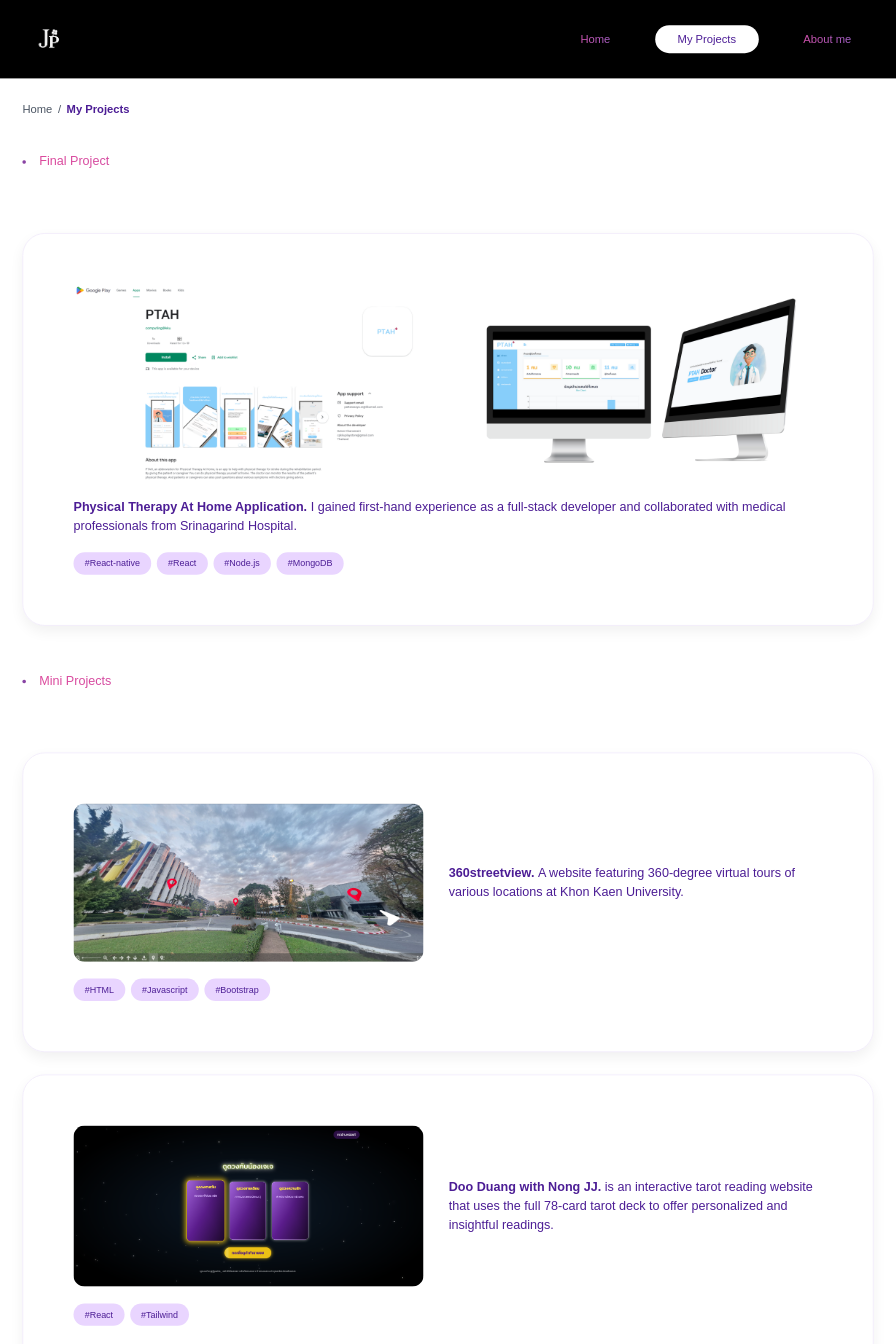
Repository: PattarasayaJJ/Portfolio-jjpatts
Page: /works
An editor plug-in stored every save of this project. The page is shown before and after the next save, followed by the edit.
The browser window is 1280 px wide. The pictures show the part of the page from y = 0 to 1920 px (the page is 4365 px tall before and 3620 px after), at 70% of full size.
The project was rebuilt for these pictures with package versions that can differ from the ones it lists, and the page was loaded fresh each time. Also part of the build but not shown: vite.config.js, vite.config.ts, src/header.css, src/components/Hero.jsx, src/components/Aboutme.tsx.

Above is the page before, as saved 2025-08-01 00:11:46.

### index.html
<!doctype html>
<html lang="en">
  <head>
    <meta charset="UTF-8" />
    <link rel="icon" type="image/svg+xml" href="/JPtab.png" />
    <meta name="viewport" content="width=device-width, initial-scale=1.0" />
    <title>JJPatts Portfolio</title>
  </head>
  <body>
    <div id="root"></div>
    <script type="module" src="/src/index.jsx"></script>
  </body>
</html>

### src/index.css
@import 'tailwindcss/base';
@import 'tailwindcss/components';
@import 'tailwindcss/utilities';
@import url('https://fonts.googleapis.com/css2?family=Kanit:wght@400;700&display=swap');

*{
   font-family: 'Kanit', sans-serif;

}

### src/App.jsx
import React from 'react';
import { BrowserRouter as Router, Routes, Route } from 'react-router-dom';
import { Header } from './components/Header';
import { Hero } from './components/Hero';
import { Works } from './components/Works';
import { Aboutme } from './components/Aboutme' ;
import { Footer } from './components/Footer';
export function App() {
  return (
    <Router>
      <div className="w-full min-h-screen bg-white">
        <Header />
        <main className="w-full">
          <Routes>
            <Route path="/" element={<><Hero /> </>} />
            <Route path="/works" element={<><Works /></>}/>
            <Route path="/aboutme" element={<Aboutme />} />


          </Routes>
        </main>
        <Footer />

      </div>
    </Router>
  );
}

### src/components/Header.jsx
import React, { useState } from 'react';
import { Link, useLocation } from 'react-router-dom';
import { MenuIcon, XIcon } from 'lucide-react';
import '../header.css';

export function Header() {
  const [isMenuOpen, setIsMenuOpen] = useState(false);
  const location = useLocation();

  const isActive = (path) => location.pathname === path;

  return (
    <header className="w-full bg-black py-4 px-8 relative">
      <div className="max-w-7xl mx-auto flex justify-between items-center">
        <Link to="/">
          <div className="flex items-center">
            <img src="/JP.png" alt="logo" className="w-20" />
          </div>
        </Link>

        <nav className="hidden md:flex space-x-8">
          <Link
            to="/"
            className={`font-medium px-8 py-2 rounded-full ${
              isActive('/') ? 'bg-white text-purple-600' : 'gradient-text'
            }`}
            style={isActive('/') ? { color: '#4c1d95' } : {}}
          >
            Home
          </Link>
          <Link
            to="/works"
            className={`font-medium px-8 py-2 rounded-full ${
              isActive('/works') ? 'bg-white text-purple-600' : 'gradient-text'
            }`}
            style={isActive('/works') ? { color: '#4c1d95' } : {}}
          >
            My Projects
          </Link>
          <Link
            to="/aboutme"
            className={`font-medium px-8 py-2 rounded-full ${
              isActive('/aboutme') ? 'bg-white text-purple-600' : 'gradient-text'
            }`}
            style={isActive('/aboutme') ? { color: '#4c1d95' } : {}}
          >
            About me
          </Link>
        </nav>

        <button className="md:hidden text-white" onClick={() => setIsMenuOpen(!isMenuOpen)}>
          {isMenuOpen ? <XIcon size={24} /> : <MenuIcon size={24} />}
        </button>
      </div>

      <div
        className={`
          fixed top-0 right-0 w-64 h-full bg-black z-50 transform transition-transform duration-300 ease-in-out
          ${isMenuOpen ? 'translate-x-0' : 'translate-x-full'}
          md:hidden
        `}
      >
        <div className="p-6">
          <button className="text-white mb-8" onClick={() => setIsMenuOpen(false)}>
            <XIcon size={24} />
          </button>
          <nav className="flex flex-col space-y-6">
            <Link
              to="/"
              className={`font-medium px-6 py-2 rounded-full block text-center ${
                isActive('/') ? 'bg-white text-purple-600' : 'gradient-text'
              }`}
              style={isActive('/') ? { color: '#4c1d95' } : {}}
              onClick={() => setIsMenuOpen(false)}
            >
              Home
            </Link>
            <Link
              to="/works"
              className={`font-medium px-6 py-2 rounded-full block text-center ${
                isActive('/works') ? 'bg-white text-purple-600' : 'gradient-text'
              }`}
              style={isActive('/works') ? { color: '#4c1d95' } : {}}
              onClick={() => setIsMenuOpen(false)}
            >
              My Projects
            </Link>
            <Link
              to="/aboutme"
              className={`font-medium px-6 py-2 rounded-full block text-center ${
                isActive('/aboutme') ? 'bg-white text-purple-600' : 'gradient-text'
              }`}
              style={isActive('/aboutme') ? { color: '#4c1d95' } : {}}
              onClick={() => setIsMenuOpen(false)}
            >
              About me
            </Link>
          </nav>
        </div>
      </div>

      {isMenuOpen && (
        <div
          className="fixed inset-0 bg-black bg-opacity-50 z-40 md:hidden"
          onClick={() => setIsMenuOpen(false)}
        />
      )}
    </header>
  );
}

### src/components/Footer.jsx
import React from 'react';

export function Footer() {
  return (
    <footer className="w-full bg-black text-white py-8 px-8">
  <div className="max-w-7xl mx-auto flex flex-col md:flex-row justify-between items-center space-y-6 md:space-y-0">

        <div className="text-center md:text-left gradient-text ">
          <h2 className="text-lg font-semibold">Contact Me</h2>
          <p className="text-sm mt-2">Email: jj.pattarasaya@gmail.com</p>
          <p className="text-sm">Phone: 099-209-5588</p>
          <p className="text-sm">Khon Kaen 40000, Thailand</p>

        </div>

        <div className="flex space-x-4 ">
        <a href="https://github.com/PattarasayaJJ" target="_blank" rel="noopener noreferrer">
        <img src="https://github.githubassets.com/favicons/favicon.png" alt="GitHub" />

  </a>

        </div>
      </div>

      <div className="text-center text-xs text-gray-400 mt-6 ">
        © {new Date().getFullYear()} JJPatts. All rights reserved.
      </div>
    </footer>
  );
}

### src/hero.css

.hero-section {
  max-width: 80rem;
    margin: 0 auto;
    padding: 2rem;
}

.hero-container {
  max-width: 80rem;
  margin: 0 auto;
  display: flex;
  flex-direction: column;
  gap: 2rem;
  justify-content: space-between;
  align-items: center;
}

.hero-image-wrapper {
  position: relative;
  z-index: 10;
  overflow: visible;
}


@keyframes gradientShift {
  0% {
    background: radial-gradient(
      circle at center,
      rgba(244, 114, 182, 0.5),
      rgba(216, 180, 255, 0.3),
      transparent 70%
    );
  }
  50% {
    background: radial-gradient(
      circle at center,
      rgba(129, 140, 248, 0.5),
      rgba(216, 180, 255, 0.4),
      transparent 70%
    );
  }
  100% {
    background: radial-gradient(
      circle at center,
      rgba(244, 114, 182, 0.5),
      rgba(216, 180, 255, 0.3),
      transparent 70%
    );
  }
}


.hero-image-wrapper::before {
  content: "";
  position: absolute;
  top: 50%;
  left: 50%;
  width: 150%;
  height: 150%;
  transform: translate(-50%, -50%);
  filter: blur(80px);
  z-index: 5;
  pointer-events: none;
  animation: gradientShift 5s ease-in-out infinite;
}



.hero-left {
  position: relative;
  width: 100%;
}

@media (min-width: 768px) {
  .interest{
    list-style: none;
    color: #4c1d95;
    font-size: 1.125rem;


  }

  li{
    list-style: disc;
    color: #4d1d95a2;
    line-height: 1.8rem;
    font-size: 1.125rem;


  }
  .hero-container {
    flex-direction: row;
  }
  .hero-left {
    width: 50%;
  }
  .final-project-card-ex {
    border-radius: 2rem;
    padding: 2.5rem;
    box-shadow: 0 8px 20px rgba(0, 0, 0, 0.06);
    border-width:2px;
    border-style:dashed;
    border-color: #4c1d95;
  }
  .hero-right {
    width: 50%;
    text-align: right;
  }
}





.hero-text-box {
  color: #4c1d95;
  max-width: 36rem;
  margin-left: auto;
}



.hero-quote {
  font-size: 1.125rem;
  margin-bottom: 1rem;

}

.hero-name {
  font-weight: 700;
  margin-top: 1rem;


}




@keyframes swingImage {
  0% {
    transform: rotate(0deg);
  }
  25% {
    transform: rotate(-3deg);
  }
  50% {
    transform: rotate(0deg);
  }
  75% {
    transform: rotate(3deg);
  }
  100% {
    transform: rotate(0deg);
  }
}

.hero-main-image {
  width: 100%;
  max-width: 28rem;
  margin: 0 auto;
  position: relative;
  z-index: 20;
  animation: swingImage 5s ease-in-out infinite;
  transform-origin:center;
}


@media (max-width: 767px) {
  .hero-image-wrapper::before {
    width: 100%;
    height: 100%;
    filter: blur(60px);
  }
  .hero-main-image {
    width: 90%;
    max-width: 20rem;
  }

  .hero-text-box {
    max-width: 100%;
    margin-left: 0;
    padding: 0 1rem;
  }
  .hero-quote {
    font-size: 1rem;

  }

  .bottom-caption {
    font-size: 1rem;
    color: #4c1d95;
    align-self: center;
    text-align: center;

  }
  .uxui{
    font-size: 1rem;
    color: #4c1d95;
    text-align: center;
    line-height: 1.5;
    font-weight: bold;

  }
  .final-project-card-ex {
    border-radius: 2rem;
    padding: 2.5rem;
    box-shadow: 0 8px 20px rgba(0, 0, 0, 0.06);
    border-width:2px;
    border-style:dashed;
    border-color: #4c1d95;
  }
  .interest{
    list-style: none;
    color: #4c1d95;

  }
  li{
    font-size: 1rem;
    color: #4d1d95a2;
    line-height: 1.8rem;

  }

}







  @media (min-width: 768px) {
    .experience-title {
      text-align: left;
      font-size: 1.5rem;
    }
  }



  @media (min-width: 768px) {

  }


  @media (min-width: 768px) {
    .bottom-image {
      width:100%;
      max-width: 700px;
      border-radius: 1rem;
    }


    .bottom-caption {
      font-size: 1.125rem;
      color: #4c1d95;
      align-self: center;
      text-align: center;

    }
    .uxui{
      font-size: 1.125rem;
      color: #4c1d95;
      text-align: center;
      line-height: 1.5;
      font-weight: bold;

    }
  }



  .hero-name{
    font-size: 3rem;
  }

  .typing {
    display: inline-block;
    overflow: hidden;
    white-space: nowrap;
    animation: typing 2s steps(13) forwards;
  }

  @keyframes typing {
    from { width: 0 }
    to { width: 13ch }
  }

### src/projects.css
.projects-section {
  max-width: 80rem;
  margin: 0 auto;
  padding: 2rem 1rem;
  background-color: #ffffff;
  width: 100%;
}

.projects-container {
  max-width: 80rem;
  margin: 0 auto;
  display: flex;
  flex-direction: column;
  gap: 2rem;
}

.final-project-card {
  background: linear-gradient(to right, #FFFFFF, #E1D0F9);
  border-radius: 2rem;
  padding: 2rem;
  box-shadow: 0 8px 20px rgba(0, 0, 0, 0.06);
  display: flex;
  flex-direction: column;
  align-items: center;
  gap: 1.5rem;
}

 .minicard{
    background: linear-gradient(to right, #ffffff, #ffffff);
    border-radius: 2rem;
    padding: 2.5rem;
    box-shadow: 0 8px 20px rgba(0, 0, 0, 0.06);
      border: 1px solid #eee7f9; /* สีม่วงเข้ม ชัดๆ */

  }

.final-project-content {
  display: flex;
  flex-direction: row;
  align-items: center;
  justify-content: space-between;
  gap: 2em;
  font-size: 1.125rem;
  color: #4c1d95;
}

.final-project-text {
  width: 100%;
}

.project-title,
.final-project-title {
  font-size: 1.5rem;
  margin-bottom: 1.5rem;
  padding: 2rem 0;
  color: #DD489B;
}

.project-card.mini .project-title {
  color: #9067D3;
}

.final-project-image {
  flex-shrink: 0;
  width: 500px; /* หรือเท่าที่เหมาะสม */
  max-width: 500px;
}

.project-screenshot {
  width: 100%;
  height: auto;
  border-radius: 1rem;
  object-fit: cover;
}
.final-project-content > .final-project-content:last-child {
  flex: 1;
}


.moreproject {
  width: fit-content;
  height: 3rem;
  border-radius: 16px;
  display: flex;
  align-items: center;
  justify-content: center;
  font-size: 1.125rem;
  cursor: pointer;
  transition: background-color 0.3s, transform 0.2s;
  text-decoration: none;
  margin: 2rem auto 0;
  box-shadow: 0 4px 10px rgba(0, 0, 0, 0.05);
  animation: pulseMove 2s ease-in-out infinite;
  background-color: black;
  padding: 0 1.5rem;
}

.moreproject:hover {
  background-color: #f2f2f2;
  transform: scale(1.08);
}

.arrow-icon {
  padding: 0.5rem;
  font-weight: bold;
}

@keyframes pulseMove {
  0% {
    transform: scale(1);
  }

  50% {
    transform: scale(1.05);
  }

  100% {
    transform: scale(1);
  }
}

@media (max-width: 767px) {
  .projects-section {
    padding: 2rem 1rem;
  }

  .final-project-card {
    padding: 2rem;
    border-radius: 1.5rem;
  }

  .final-project-content {
    flex-direction: column;
    font-size: 1rem;
  }

  .final-project-text {
    width: 100%;
  }

  .final-project-image {
    width: 100%;
  }

  .project-title {
    font-size: 1.25rem;
  }

  .icon-wrapper {
    width: 2rem;
    height: 2rem;
  }

  .project-screenshot {
    margin-top: 1rem;
  }

  .mini-projects-grid {
    gap: 1.5rem;
  }

  .text-final,
  .appname {
    text-align: center;
    font-size: 1rem;
    color: #4c1d95;
    font-weight: 700;
  }
}

@media (min-width: 768px) {
  .projects-section {
    padding: 2rem;
  }

  .project-title {
    font-size: 2rem;
  }

  .project-image {
    max-width: 1000px;
  }

  .text-final,
  .final-project-content,
  .appname {
    font-size: 1.125rem;
    color: #4c1d95;
  }

  .appname {
    font-weight: 700;
  }
}

@media (min-width: 768px) and (max-width: 1024px) and (orientation: portrait) {
  .final-project-content {
    flex-direction: column;
  }
}

### src/work.css
.projects-section {
    width: 100%;
    background-color: #ffffff;
    padding: 2rem 1rem;
  }

  .projects-container {
    max-width: 80rem;
    margin: 0 auto;
    display: flex;
    flex-direction: column;
    gap: 2rem;
  }


  .project-card {
    background: linear-gradient(to right, #FFFFFF, #E1D0F9); /* pink -> purple อ่อน */
    border-radius: 2rem;
    padding: 2rem;
    box-shadow: 0 4px 10px rgba(0, 0, 0, 0.05);
    display: flex;
    flex-direction: column;
    align-items: center;
    gap: 1.5rem;
  }


  .final-project-card-text{
    padding: 2rem;
    display: flex;
    flex-direction: column;
    gap: 1.5rem;
    font-size: 1.125rem;
    color: #4c1d95;



  }

  .project-card.final {
    background: linear-gradient(to right, #FFFFFF, #E1D0F9);
  }
  .mini-project-card {
    background: linear-gradient(to right, #FFFFFF, #E1D0F9);
  }
  .project-card.final .project-title {
    color: #DD489B;
  }


  .project-card.mini .project-title {
    color: #9067D3;
  }



  .project-image {
    width: 100%;
    max-width: 800px;
    border-radius: 1rem;
  }

  .project-name{
    font-size: 1.5rem;
  }




  @media (min-width: 768px) {
    .projects-section {
      padding: 2rem;
    }

    .project-title {
      font-size: 2rem;
    }

    .project-image {
      max-width: 1000px;
    }

    .final-project-content{
      font-size: 1.125rem;
      color: #4c1d95;

    }
    .appname{
      font-size: 1.125rem;
      color: #4c1d95;
      font-weight: 700;



  }
  }

  @media (max-width: 767px) {
    .project-title {
      font-size: 1.25rem;
    }

    .project-image {
      max-width: 100%;
    }
    .text-final{
      text-align: center;


    }
    .final-project-content{
      font-size: 1rem;
      color: #4c1d95;

    }
    .appname{
      font-size: 1rem;
      color: #4c1d95;
      font-weight: 700;



  }
  }

### src/aboutme.css
.about-container {
    max-width: 80rem;
    margin: 0 auto;
    padding: 2rem;
  }

  .about-columns {
    display: flex;
    flex-direction: column;
    gap: 1rem;
  }

 .soft-skills-card, .skills-card {
  padding: 2.5rem;
  box-shadow: 0 8px 20px rgba(0, 0, 0, 0.06);
  border-left: 10px solid;
  border-radius: 7px;
  border-color:#DD489B;
  padding: 1.5rem;
  }

  .profile-card {
  box-shadow: 0 8px 20px rgba(0, 0, 0, 0.06);
  border-left: 10px solid;
  border-radius: 7px;
    border-color: #4c1d95;
    margin-bottom: 1rem;
  }
  .avatar-wrapper {
    width: 20rem;
    height: 15rem;
    overflow: hidden;
    margin: 0 auto 0 auto;
  }
  .avatar{
    border-radius: 2rem;
    margin-bottom: 15px;
    padding-top: 0;
    padding-bottom: 10px;

  }
  .avatar-wrapper img {
    width: 100%;
    height: 100%;
    object-fit: contain;
  }





  .email {
    margin-top: 0rem;
    text-align: center;
    color: gray;
    font-size:1rem;
  }
  .social-icons {
    margin-top: 0.5rem;
    display: flex;
    justify-content: center;
  }
  .social-icons img {
    width: 20px;
    height: 20px;
  }
  .social-icons img:hover {
    filter: grayscale(100%) brightness(150%);
  }
  .profile-bio {
    padding: 1rem;
  }
  .profile-bio .name {
    font-size: 1rem;
    color: #4c1d95;
  }
  .section-title-soft {
    font-size: 1.125rem;
    display: inline-block;
    margin-bottom: 0.5rem;
    margin-top: 1rem;

  }
  .section-title {
    font-size: 1.125rem;
    display: inline-block;
    margin-bottom: 0.5rem;

  }


  .gradient-text {
    background: linear-gradient(to right, #DD489B, #9067D3);
    -webkit-background-clip: text;
    -webkit-text-fill-color: transparent;
  }
  .skills-list {
    display: flex;
    flex-wrap: wrap;
    gap: 0.5rem;
  }

  .tag {
    padding: 0.4rem 1rem;
    border-radius: 9999px;
    font-size: 0.8rem;
  }

  .tag.pink {
    background-color: #fbcfe8;
    color: #4c1d95;;

  }

  .tag.purple {
    background-color: #e9d5ff;
    color: #4c1d95;;

  }
  .tag.soft {
    background-color: #e5dfee;
    color: #4c1d95;;

  }

  .certificate{
    width: 80%;
    margin: 0 auto;

  }





  @media (min-width: 768px) {
    .about-columns {
    }
    .profile-column, .skills-column {
      width: 100%;
    }


  }

  @media (max-width: 767px) {
    .avatar-wrapper {
      width: 8rem;
      height: 15rem;
    }
    .profile-bio .name {
      font-size: 0.75rem;
      color: #4c1d95;

    }
    .tag {
      padding: 0.5rem 1rem;
      border-radius: 9999px;
      font-size: 0.75rem;
    }
    .email {
      margin-top: 0rem;
      text-align: center;
      color: #4c1d95;
      font-size:0.75rem;

    }
    .section-title {
      font-size: 1rem;
    }
    .section-title-soft {
      font-size: 1rem;
    }
    .social-icons {
      margin-top: 0.5rem;
      display: flex;
      justify-content: center;
      gap: 1rem;
    }
    .social-icons img {
      width: 16px;
      height: 16px;
    }

  }

  .breadcrumb {
  margin-bottom: 1rem;
  font-size: 1rem;
  color: #4B5563;
  display: flex;
  align-items: center;
}

.breadcrumb-link {
  color: #4B5563;
  text-decoration: none;

}

.breadcrumb-link:hover {
  text-decoration: underline;
}

.breadcrumb-separator {
  margin: 0 0.5rem;
}

.breadcrumb-current {
  font-weight: bold;
  color: #4c1d95;

}

Loaded but not shown: src/index.jsx (common file); tailwind.config.js (common file); src/components/Works.jsx (356 lines, source omitted)

After the next save:
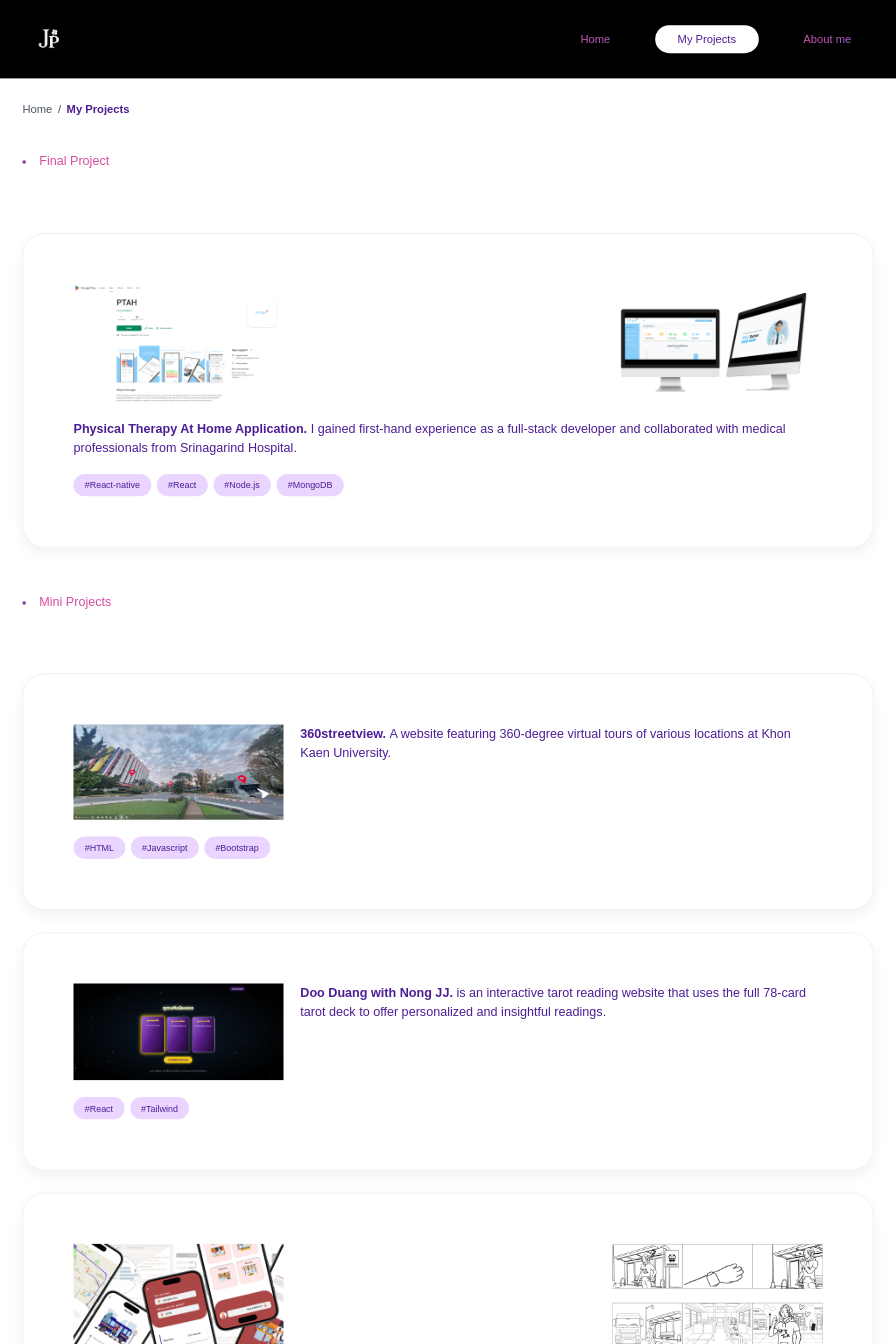
Saved 42 s later.
--- a/src/projects.css
+++ b/src/projects.css
@@ -60,21 +60,23 @@
   color: #9067D3;
 }
 
+.final-project-content {
+  display: flex;
+  flex-direction: row;
+  align-items: flex-start;
+  gap: 1.5rem; /* ปรับให้พอดี */
+}
+
 .final-project-image {
   flex-shrink: 0;
-  width: 500px; /* หรือเท่าที่เหมาะสม */
-  max-width: 500px;
-}
-
-.project-screenshot {
-  width: 100%;
-  height: auto;
-  border-radius: 1rem;
-  object-fit: cover;
-}
-.final-project-content > .final-project-content:last-child {
+  width: 300px;
+  max-width: 300px;
+}
+
+.final-project-text {
   flex: 1;
 }
+
 
 
 .moreproject {

After the 2 saves that followed:
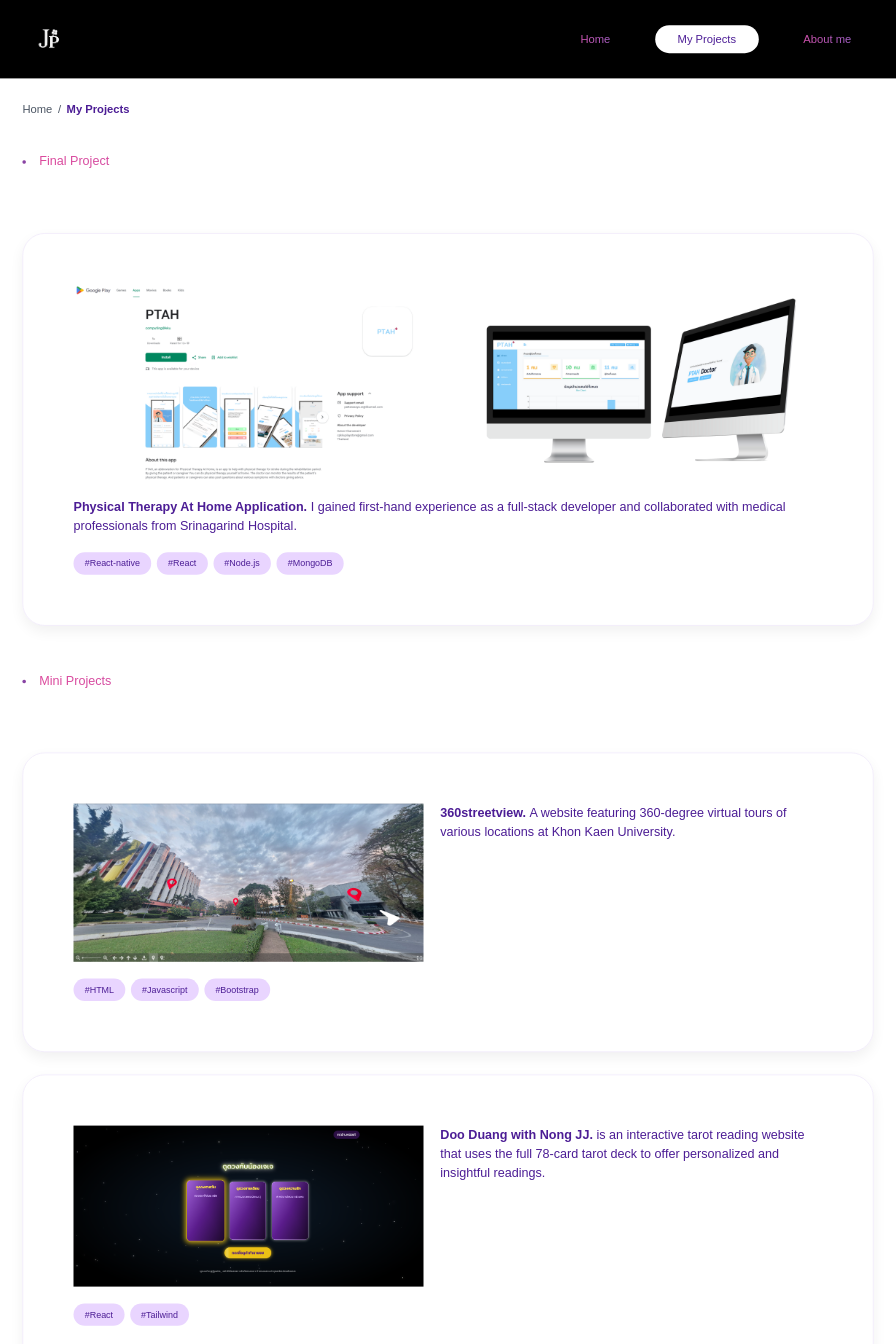
The 2 saves are shown as one change because 1 left the picture as it was.
The last was saved 16 s later.
--- a/src/projects.css
+++ b/src/projects.css
@@ -69,8 +69,8 @@
 
 .final-project-image {
   flex-shrink: 0;
-  width: 300px;
-  max-width: 300px;
+  width: 500px;
+  max-width: 500px;
 }
 
 .final-project-text {
